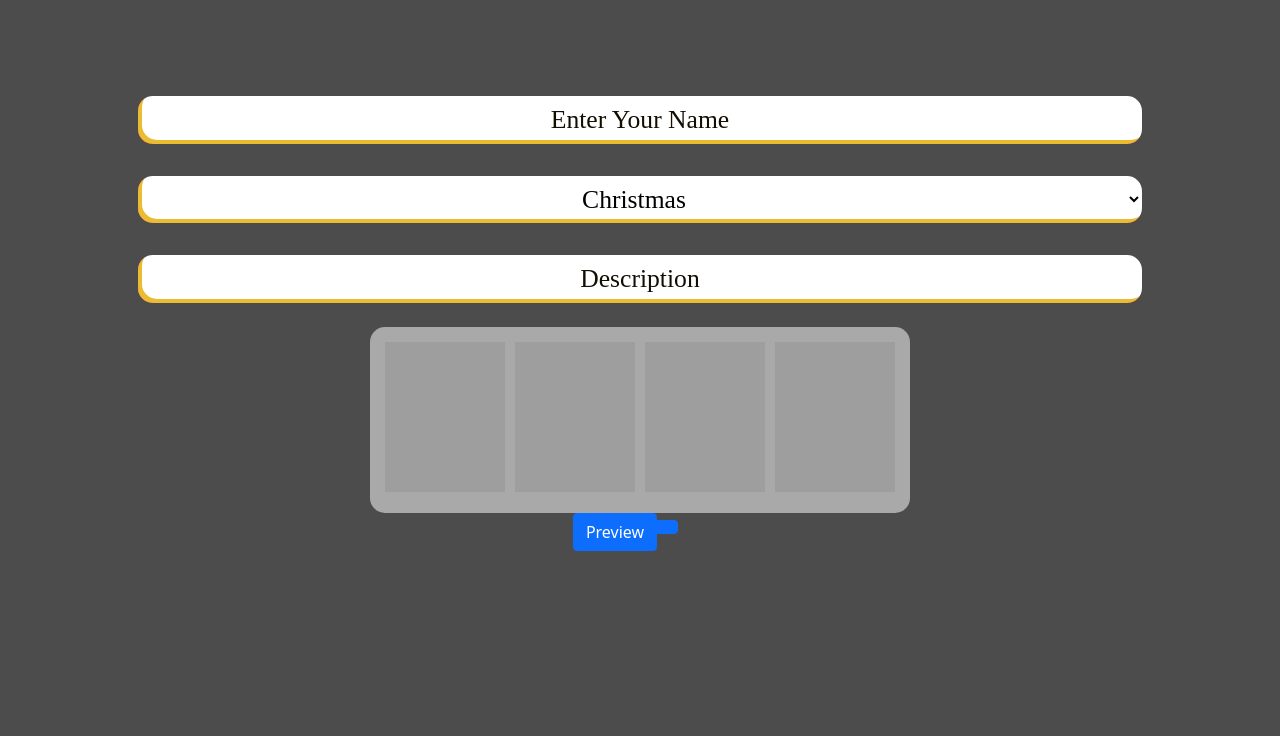
Repository: Haneef-Shaik/Greetings
Page: /
The author's editor kept a copy of each file at every save. The page is drawn from the files as they stood at one save, then again after the next save.
The browser window is 1280 px wide. The pictures show the whole page.
Pictures or frames that could not be fetched are drawn as grey boxes. The project was rebuilt for these pictures with package versions that can differ from the ones it lists, and the page was loaded fresh each time. The framework's server and built-in components were replaced by stand-ins that run in the browser. Also part of the build but not shown: next.config.js, styles/card.module.scss, components/card.js, styles/socialShare.module.scss, components/socialShare.js.

Above is the page before, as saved 2021-12-01 21:05:41.

### pages/_app.js
import '../styles/globals.css'
import 'bootstrap/dist/css/bootstrap.css'


function MyApp({ Component, pageProps }) {
  return <Component {...pageProps} />
}

export default MyApp

### pages/index.js
import Card from "../components/card.js";
import {useRouter} from 'next/router';
import Ss from "../components/socialShare"
import InpFrm from "../components/form"

export default function Home() {
  const {query} = useRouter();
  const myurls='https://gratefulprayerthankfulheart.com/wp-content/uploads/2014/12/aquawhitechristmastreegreeting.jpg';

  if(query.length > 0)
  {

    if(query.greeting)
    {
      return (
        <>
          <Card event={query.event} image={query.bgImg} name={query.name} greeting={query.greeting}  />
        </>
          )
    }
    else
    {
      return (
        <>
          <Card event={query.event} image={query.bgImg} name={query.name}  />
        </>
          )
    }

  }
  else
  {
    return (
        <>
          <InpFrm />
        </>
        )
  }
    // return (
    //   <>
        {/* <Card event='Event' image={myurls} name='Name' color='red' greeting="Lorem Ipsum is simply dummy text of the printing and typesetting industry. Lorem Ipsum has been thing software like Aldus PageMaker including versions of Lorem Ipsum."  /> */}
        {/* <Ss mylink="localhost:3000/name=haneef&event=christmas" /> */}
    {/*     <Ss mylink="localhost:3000/name=haneef&event=christmasW&sddsajnodsoduaibdadbksa" /> */}
    //   </>
    //     )

}

### components/form.js
/* eslint-disable no-undef */
import React, {useState,useRef} from 'react'

import 'bootstrap/dist/css/bootstrap.min.css';
import styles from '../styles/form.module.scss';
import IMAGE from 'next/image'


function Edit() {

    const [IMG1,setImg]=useState('christmas.png');


    return (
        <div className="container-fluid p-2 "  style={{backgroundColor:'#4C4C4C'} }>
            <div className="container">
                <div className="row">
                    <div className="col-12">
                        <div className={styles.formContainer} >
                            <form className="formStyle">
                                <input type="text" placeholder="Enter Your Name" className="col-12" required />

                                <select name="festival" className="col-12 p-2">
                                    <option value="christmas">Christmas</option>
                                    <option value="newYear">New Year</option>
                                </select>

                                <input type="text" placeholder="Description" className="col-12" optional />

                                <div className="d-flex justify-content-around align-items-center flex-wrap mt-4" style={{backgroundColor:'darkgrey',borderRadius:'15px',padding:'10px'}}>
                                    {/* <label htmlFor="img1">
                                        <IMAGE src='/images/christmas/christmas.png' width={200} height={100} />
                                    </label>
                                    <label htmlFor="img2">
                                        <IMAGE src='/images/christmas/christmas.png' width={200} height={100} />
                                    </label>
                                    <label htmlFor="img3">
                                        <IMAGE src='/images/christmas/christmas.png' width={200} height={100} />
                                    </label>
                                    <label htmlFor="img4">
                                        <IMAGE src='/images/christmas/christmas.png' width={200} height={100} />
                                    </label>
                                    <input type="radio" name="BgImage" className="bgImg" id="img1" hidden="true" />
                                    <input type="radio" name="BgImage" className="bgImg" id="img2" hidden="true" />
                                    <input type="radio" name="BgImage" className="bgImg" id="img3" hidden="true" />
                                    <input type="radio" name="BgImage" className="bgImg" id="img4" hidden="true" /> */}

                                <button onClick={()=>setImg('christmas.png')} className="btn p-1">
                                    <IMAGE src='/images/christmas/christmas.png' width="120" height="150" />
                                </button>

                                <button onClick={()=>setImg('christmas1.png')} className="btn p-1">
                                    <IMAGE src='/images/christmas/christmas1.png' width="120" height="150" />
                                </button>

                                <button onClick={()=>setImg('christmas2.png')} className="btn p-1">
                                    <IMAGE src='/images/christmas/christmas2.png' width="120" height="150" />
                                </button>

                                <button onClick={()=>setImg('christmas2.png')} className="btn p-1">
                                    <IMAGE src='/images/christmas/christmas2.png' width="120" height="150" />
                                </button>

                                </div>

                                <div className="footerBanner">
                                    <div className="row">
                                        <div className="col-6"><button className="btn btn-primary">Preview</button></div>
                                        <div className="col-6"><button className="btn btn-primary"></button></div>
                                    </div>
                                </div>
                            </form>
                        </div>
                    </div>
                </div>
            </div>
        </div>
    )
}


class InvitationCard extends React.Component{
    render(){
        return (

                <div className="body p-2" style={{backgroundColor: this.props.c,backgroundImage:`url(${this.props.im})`,backgroundSize:350,backgroundRepeat:'no-repeat'}} >
                    <h1 id="heading" style={{color: this.props.heading}}>{this.props.name}</h1>
                    <p style={{marginTop: "50px",color: this.props.content}}>{this.props.message}</p>
                    <p style={{color: this.props.content}} id="toWhom">{this.props.to}</p>
                </div>
        )
    }

}



export default Edit;

### styles/form.module.scss
.formContainer{
    padding:5%;
    height:100vh;
    background-color:#4C4C4C;
    // background: linear-gradient(#920000,#800000,#6D0000,#490000);
    input , select {
        margin-top:2rem;

        text-align:center;
        font-family: 'Times New Roman', Times, serif;
        font-size:1.6rem;
        border:none;

        background-color:#fff;
        border-radius:15px;
        box-shadow: inset 4px -4px 0px #EABC32 , inset 2px -2px 0px #f00 ;
        line-height:3rem;
        &::placeholder{
            color:#120E02;
        }
    }
    form{
        display: flex;
        align-items:center;
        justify-content: space-evenly;
        flex-direction: column;
        flex-wrap: wrap;
    }
    .bgImg:active{
        border: 5px solid white;
    }
}

Loaded but not shown: pages/api/hello.js (common file); styles/globals.css (common file)

After the next save:
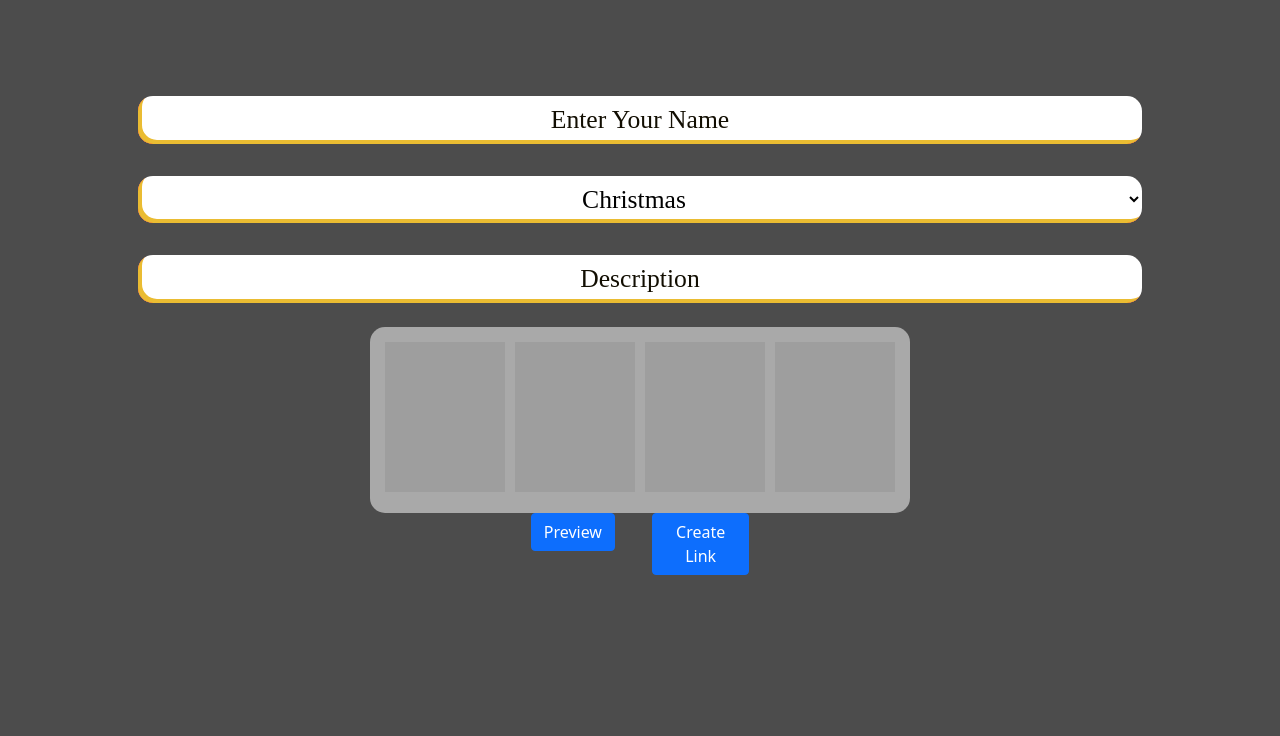
Saved 17 s later.
--- a/components/form.js
+++ b/components/form.js
@@ -66,7 +66,7 @@ function Edit() {
                                 <div className="footerBanner">
                                     <div className="row">
                                         <div className="col-6"><button className="btn btn-primary">Preview</button></div>
-                                        <div className="col-6"><button className="btn btn-primary"></button></div>
+                                        <div className="col-6"><button className="btn btn-primary"> Create Link </button></div>
                                     </div>
                                 </div>
                             </form>
